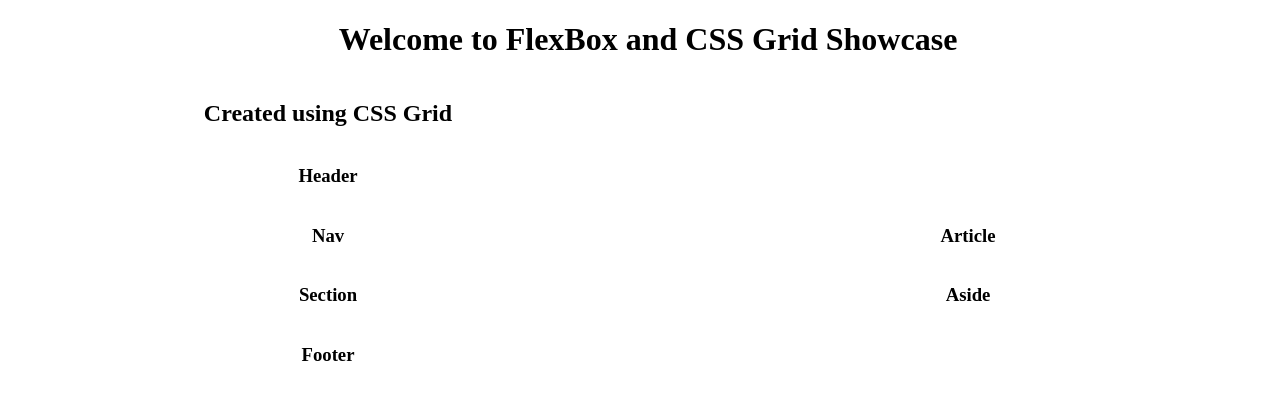
Repository: Awhit-commits/CSS_GRID_AND_FLEXBOX_LESSON
Page: index.html
These files come from the project's save history. The page is drawn as it stood at one moment and after a run of saves; the edit follows.
The browser window is 1280 px wide. The page is 1288 px wide, so the pictures cover 1288 px, including what lies to the right of the window. The pictures show the whole page.

Above is the page before, as saved 2020-12-21 19:31:02.

After the next 2 saves:
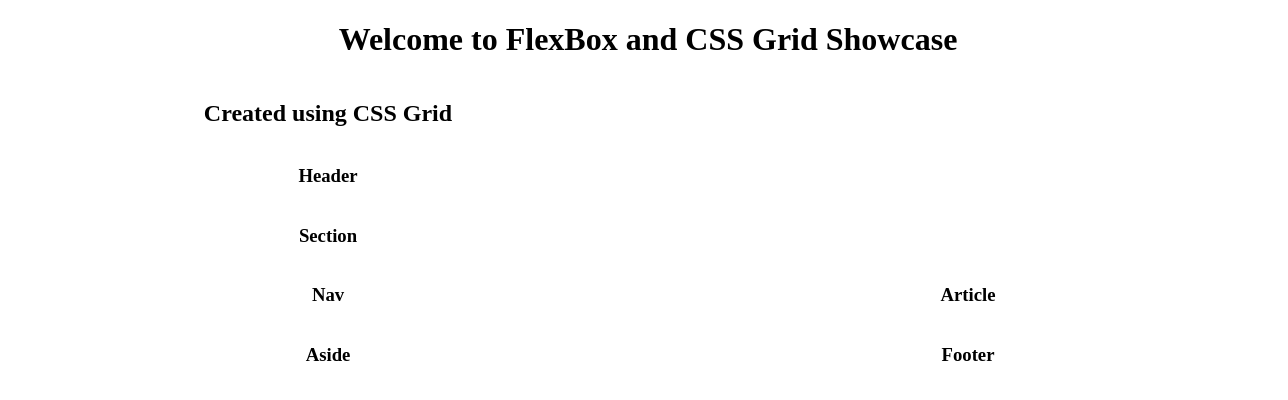
The 2 saves are shown as one change because they came seconds apart.
The last was saved 6 s later.
--- a/style.css
+++ b/style.css
@@ -94,9 +94,9 @@ body {
     grid-column: 1;
 }
 
-.Section{
+.section{
     grid-row: 3;
 }
-.Article{
+.article{
 
 }
